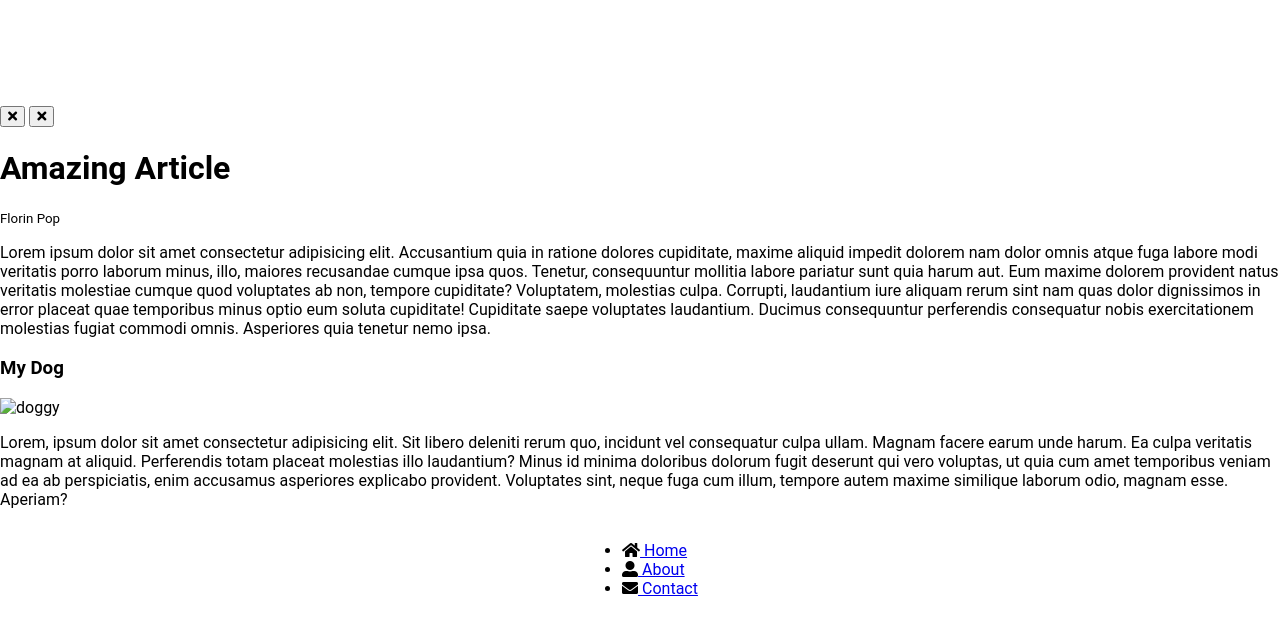
Repository: thecoachanna/rotating-navbar
Page: index.html
These files come from the project's save history. The page is drawn as it stood at one moment and after the next save; the edit follows.
The browser window is 1280 px wide. The pictures show the whole page.
Some web libraries are served in a nearby version.

Above is the page before, as saved 2023-02-16 08:59:26.

### index.html
<!DOCTYPE html>
<html lang="en">
<head>
    <meta charset="UTF-8">
    <meta http-equiv="X-UA-Compatible" content="IE=edge">
    <meta name="viewport" content="width=device-width, initial-scale=1.0">
    <link rel="stylesheet" href="https://cdnjs.cloudflare.com/ajax/libs/font-awesome/5.14.0/css/all.min.css" integrity="sha512-1PKOgIY59xJ8Co8+NE6FZ+LOAZKjy+KY8iq0G4B3CyeY6wYHN3yt9PW0XpSriVlkMXe40PTKnXrLnZ9+fkDaog==" crossorigin="anonymous" />
    <link rel="stylesheet" href="style.css" />
    <title>Rotating Navigation</title>
    <link rel="stylesheet" href="style.css">
    <title>Rotating Navigation</title>
</head>
<body>
    <div class="container">
        <div class="circle-container">
            <div class="circle">
                <button id="close">
                    <i class="fas fa-times"></i>
                </button>
                <button id="open">
                    <i class="fas fa-times"></i>
                </button>
            </div>
        </div>

        <div class="content">
        <h1>Amazing Article</h1>
        <small>Florin Pop</small>
        <p>Lorem ipsum dolor sit amet consectetur adipisicing elit. Accusantium quia in ratione dolores cupiditate, maxime aliquid impedit dolorem nam dolor omnis atque fuga labore modi veritatis porro laborum minus, illo, maiores recusandae cumque ipsa quos. Tenetur, consequuntur mollitia labore pariatur sunt quia harum aut. Eum maxime dolorem provident natus veritatis molestiae cumque quod voluptates ab non, tempore cupiditate? Voluptatem, molestias culpa. Corrupti, laudantium iure aliquam rerum sint nam quas dolor dignissimos in error placeat quae temporibus minus optio eum soluta cupiditate! Cupiditate saepe voluptates laudantium. Ducimus consequuntur perferendis consequatur nobis exercitationem molestias fugiat commodi omnis. Asperiores quia tenetur nemo ipsa.</p>

        <h3>My Dog</h3>
        <img src="" alt="doggy" />
        <p>Lorem, ipsum dolor sit amet consectetur adipisicing elit. Sit libero deleniti rerum quo, incidunt vel consequatur culpa ullam. Magnam facere earum unde harum. Ea culpa veritatis magnam at aliquid. Perferendis totam placeat molestias illo laudantium? Minus id minima doloribus dolorum fugit deserunt qui vero voluptas, ut quia cum amet temporibus veniam ad ea ab perspiciatis, enim accusamus asperiores explicabo provident. Voluptates sint, neque fuga cum illum, tempore autem maxime similique laborum odio, magnam esse. Aperiam?</p>
      </div>
    </div>

    <nav>
      <ul>
        <li><i class="fas fa-home"></i><a href="#"> Home</a></li>
        <li><i class="fas fa-user-alt"></i><a href="#"> About</a></li>
        <li><i class="fas fa-envelope"></i><a href="#"> Contact</a></li>
      </ul>
    </nav>
    <script src="script.js"></script>
</body>
</html>

### style.css
@import url('https://fonts.googleapis.com/css2?family=Lato&display=swap');


* {
    box-sizing: border-box;
}

body {
    font-family: 'Roboto', sans-serif;
    display: flex;
    flex-direction: column;
    align-items: center;
    justify-content: center;
    height: 100vh;
    overflow: hidden;
    margin: 0;
}

Loaded but not shown: script.js (no copy from this time; the picture is the same without it)

After the next save:
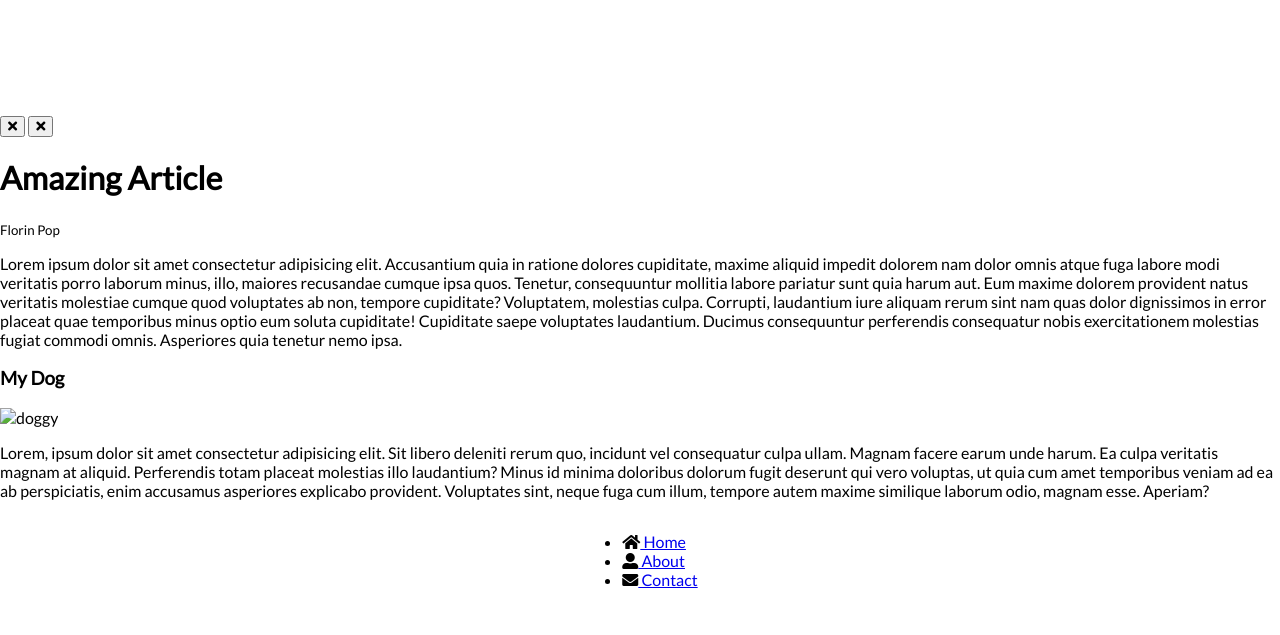
Saved 10 s later.
--- a/style.css
+++ b/style.css
@@ -6,7 +6,7 @@
 }
 
 body {
-    font-family: 'Roboto', sans-serif;
+    font-family: 'Lato', sans-serif;
     display: flex;
     flex-direction: column;
     align-items: center;
